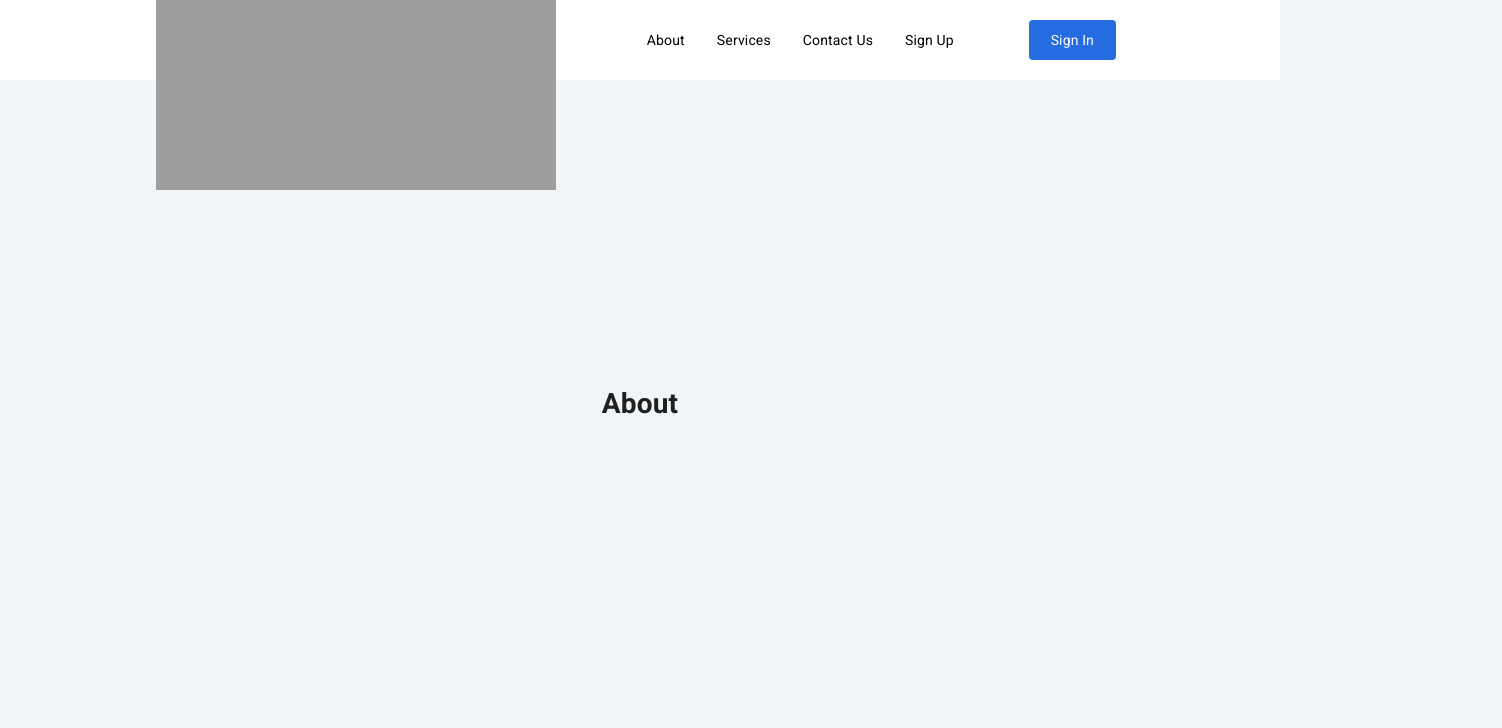
Repository: vinuvish/groundstandards_react
Page: /
An editor plug-in stored every save of this project. The page is shown before and after the next save, followed by the edit.
The browser window is 1280 px wide. The page is 1280 px wide, then 1502 px, so the pictures cover 1502 px, including what lies to the right of the window. The pictures show the whole page.
Pictures or frames that could not be fetched are drawn as grey boxes. The page's requests for data from a server got no answer. The project was rebuilt for these pictures with package versions that can differ from the ones it lists, and the page was loaded fresh each time. No one was signed in, and anything a server would have sent is missing. Also part of the build but not shown: src/pages/app/NotFoundPage.tsx, src/pages/app/SignUpPage.tsx, src/pages/app/AboutPage.tsx, src/pages/app/OurSolutionPage.tsx, src/pages/app/OurPartnerPage.tsx, src/pages/app/ResourcePage.tsx, src/pages/app/PressPage.tsx, src/pages/app/BlockPage.tsx and 1 more.

Above is the page before, as saved 2020-11-25 23:40:58.

After the next save:
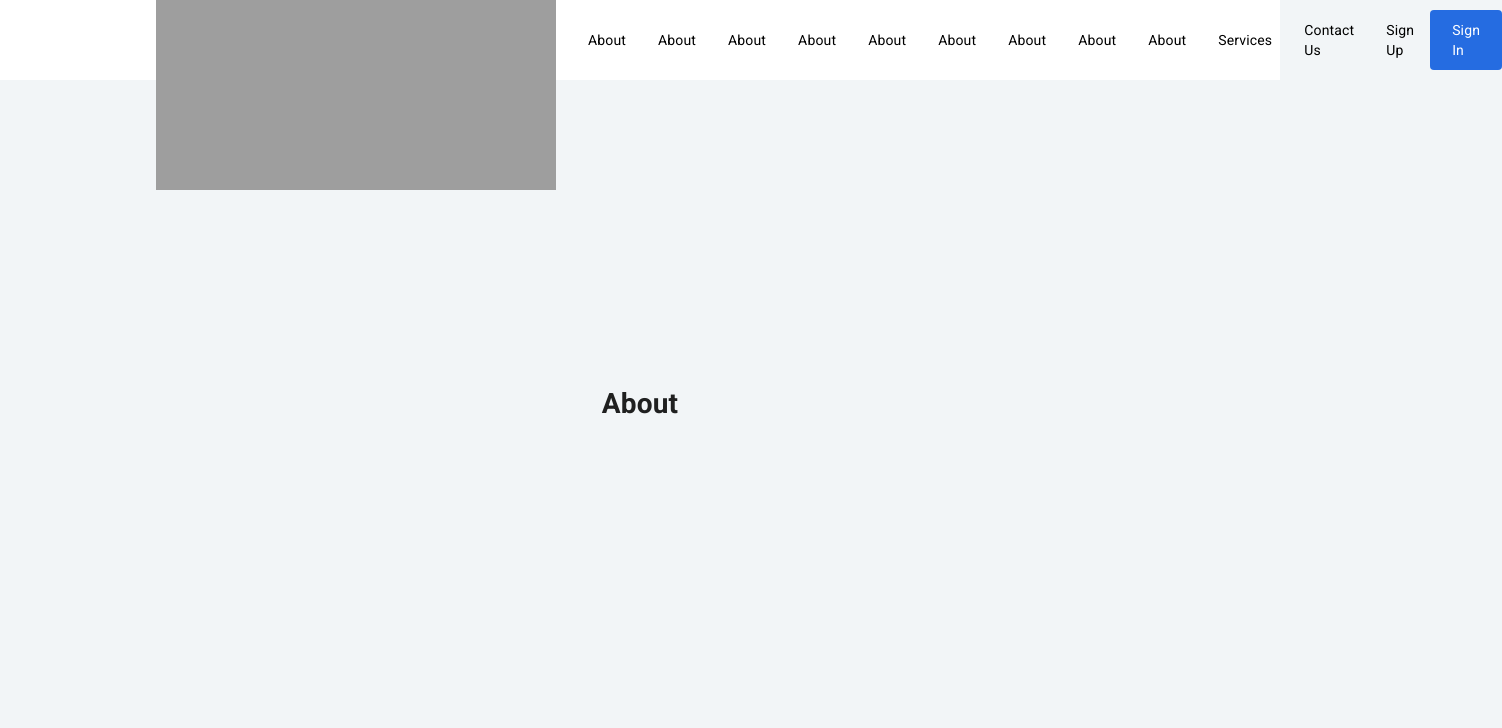
Saved 14 s later.
--- a/src/components/ZNavBar.tsx
+++ b/src/components/ZNavBar.tsx
@@ -26,6 +26,12 @@ function ZNavBar() {
                 <Bars />
 
                 <NavMenu>
+
+                    {navLinks.map(({ title, path }) => (
+                        <NavLink to='/about' >
+                            About
+                        </NavLink>
+                    ))}
                     <NavLink to='/about' >
                         About
               </NavLink>
